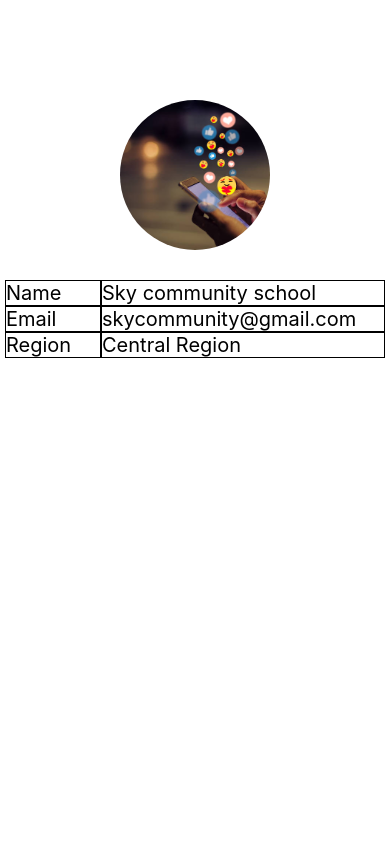
Repository: 2000-Nanayaw/MobileApp
Screen: /
These files come from the project's save history. The screen is drawn as it stood at one moment and after the next save; the edit follows.
The app was drawn by React Native's web renderer in a window 390 px wide. The project was rebuilt for these pictures with package versions that can differ from the ones it lists, and the page was loaded fresh each time.

Above is the screen before, as saved 2023-08-28 04:38:37.

After the next save:
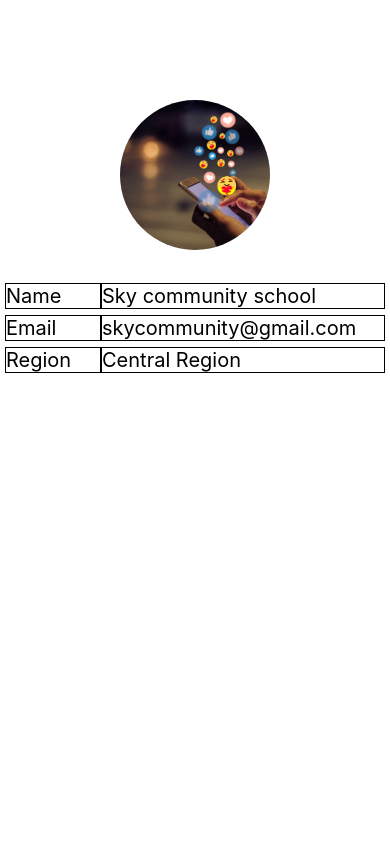
Saved 2 min 28 s later.
--- a/App.js
+++ b/App.js
@@ -69,7 +69,8 @@ image: {
   marginTop: 100,
 },
 detailContainer: {
-  flexDirection: "row"
+  flexDirection: "row",
+  marginVertical: 3,
 },
 label:{
   borderColor: "black",
